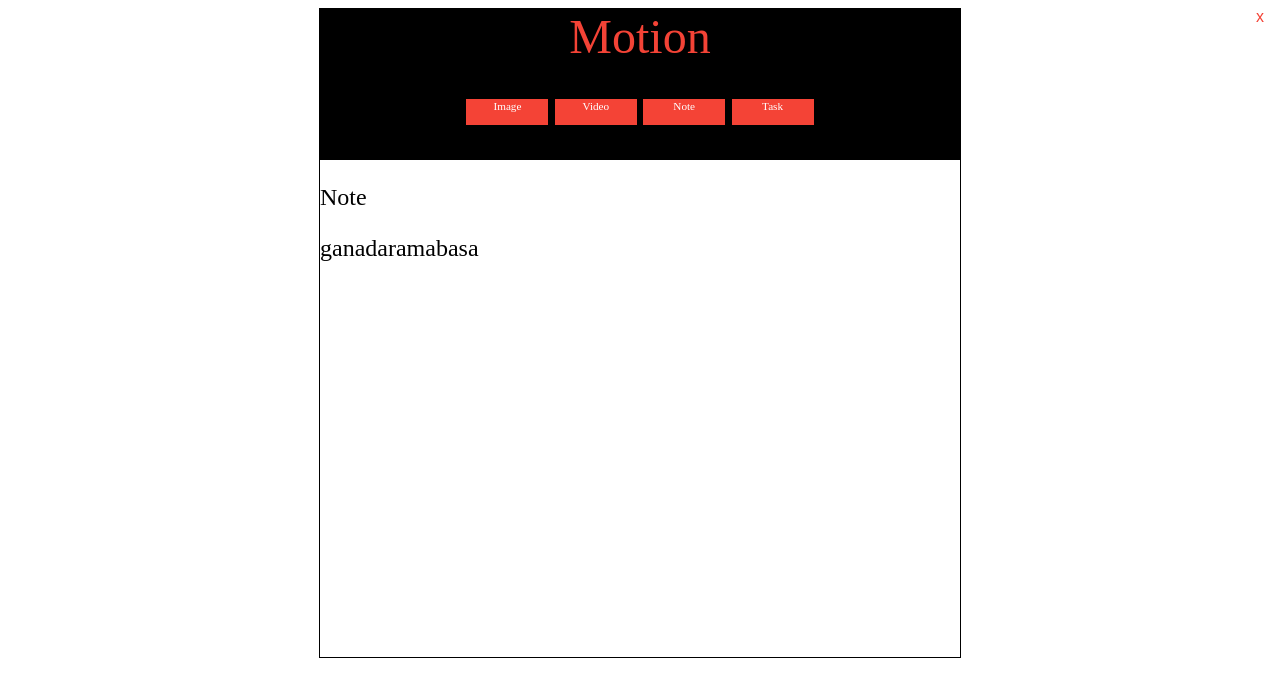
Repository: DevMinwoo-Jung/typescript
Page: motion/index.html
These files come from the project's save history. The page is drawn as it stood at one moment and after the next save; the edit follows.
The browser window is 1280 px wide. The pictures show the whole page.

Above is the page before, as saved 2021-10-12 14:57:37.

### motion/index.html
<!DOCTYPE html>
<html lang="en">
<head>
  <meta charset="UTF-8">
  <meta http-equiv="X-UA-Compatible" content="IE=edge">
  <meta name="viewport" content="width=device-width, initial-scale=1.0">
  <title>Document</title>
  <script src="build/main.js"></script>
  <link rel="stylesheet" href="index.module.css">
</head>
<body>
  <section class="main__section">
    <div class="header__contents">
      <header class="haeder">Motion</header>
        <div class="item__category">
          <div class="category">Image</div>
          <div class="category">Video</div>
          <div class="category">Note</div>
          <div class="category">Task</div>
        </div>
    </div>
    <!-- <div class="img__div">
      <img class="img" src="img/money.png" alt="">
      <div class="text__div">
        <p class="text">Img</p>
        <button class="closeBtn__box">x</button>
      </div>
    </div> -->
    <!-- <div class="video__box">
      <iframe class="vidoe" src="https://www.youtube.com/embed/fGcmOlOI3uo" title="YouTube video player" frameborder="0" allow="accelerometer; autoplay; clipboard-write; encrypted-media; gyroscope; picture-in-picture" allowfullscreen></iframe>
      <div class="text__div">
        <p class="text">Video</p>
        <button class="closeBtn__box">x</button>
      </div>
    </div> -->
    <!-- <div class="task__box">
      <div class="text__box">
        <p>Note</p>
        <ul>ganadaramabasa</ul>
        <button class="closeBtn__box">x</button>
      </div>
    </div> -->
    <div class="note__box">
      <div class="text__box">
        <p>Note</p>
        <p>ganadaramabasa</p>
        <button class="closeBtn__box">x</button>
      </div>
    </div>
  </section>
  <!-- <section class="image__section">
    <div class="input__div">
      <div class="title">
        <button class="closeBtn">x</button>
        <span>Title</span><br/>
        <input class="input" type="text"><br/>
        <span>URL</span><br/>
        <input type="text">
        <button class="addBtn">Add</button>
      </div>
    </div>
  </section> -->
  <!-- <section class="video__section">
    <div class="input__div">
      <div class="title">
        <button class="closeBtn">x</button>
        <span>Title</span><br/>
        <input class="input" type="text"><br/>
        <span>URL</span><br/>
        <input type="text">
        <button class="addBtn">Add</button>
      </div>
    </div>
  </section> -->
  <!-- <section class="Note__section">
    <div class="note__div">
      <div class="title">
        <button class="closeBtn">x</button>
        <span>Title</span><br/>
        <input  type="text"><br/>
        <span>Body</span><br/>
        <input class="Note__input" type="text">
        <button class="addBtn">Add</button>
      </div>
    </div>
  </section> -->
  <!-- <section class="Task__section">
    <div class="input__div">
      <div class="title">
        <button class="closeBtn">x</button>
        <span>Title</span><br/>
        <input class="input" type="text"><br/>
        <span>URL</span><br/>
        <input type="text">
        <button class="addBtn">Add</button>
      </div>
    </div>
  </section> -->
</body>
</html>

### motion/index.module.css
:root {
  --color-red: #f44336;
  --color-white: white;
  --color-black: black;
  --color-yellow: rgb(253, 253, 171);
}

.main__section {
  margin: auto;
  width: 40rem;
  border: 1px solid black;
  height: 90vh;
}

.header__contents {
  background-color: var(--color-black);
}

.haeder {
  font-size: 3rem;
  text-align: center;
  color: var(--color-red);
}

.item__category {
  text-align: center;
  font-size: 1rem;
  padding-top: 2rem;
  padding-bottom: 2rem;
  display: flex;
  justify-content: center;
}

.category {
  margin: 0.2rem;
  border: 1px solid var(--color-red);
  background-color: var(--color-red);
  width: 5rem;
  height: 1.5rem;
  color: var(--color-white);
  cursor: pointer;
  font-size: 0.7rem;
}

/* show section */
.img__div {
  width: 90%;
  height: 15rem;
  border: 1px solid;
  margin: 1rem auto;
  display: flex;
}

.img {
  width: 60%;
  height: 100%;
}

.text__div {
  position: relative;
  width: 40%;
  height: 100%;
  text-align: center;
  display: flex;
  justify-content: center;
  align-items: center;
  font-size: 4rem;
  font-weight: bold;
}

.video__box {
  width: 90%;
  height: 15rem;
  border: 1px solid;
  margin: 1rem auto;
  display: flex;
}

.video {
  width: 60%;
  height: 100%;
}

.task__box {
  width: 90%;
  height: 10rem;
  border: 1px solid;
  margin: 1rem auto;
  padding-left: 1rem;
  position: relative;
}

.text__box {
  display: block;
  width: 40%;
  height: 100%;
  text-align: left;
  font-size: 1.5rem;
}

/* add section */
.input__div {
  position: absolute;
  width: 30rem;
  height: 10rem;
  z-index: 1;
  border: 1px solid black;
  margin: auto;
  left: 0;
  right: 0;
  margin-left: auto;
  margin-right: auto;
  top: 35%;
  background-color: grey;
}

.note__div {
  position: absolute;
  width: 30rem;
  height: 12rem;
  z-index: 1;
  border: 1px solid black;
  margin: auto;
  left: 0;
  right: 0;
  margin-left: auto;
  margin-right: auto;
  top: 35%;
  background-color: grey;
}

.title {
  color: var(--color-yellow);
  font-size: 0.8rem;
  margin-left: 2rem;
  margin-top: 2rem;
  position: relative;
}

input {
  font-size: 1rem;
  width: 90%;
}

.Note__input {
  font-size: 1rem;
  width: 90%;
  height: 3rem;
}

.addBtn {
  position: relative;
  margin-top: 1%;
  margin: 3% 0 0 85%;
  width: 2.5rem;
  height: 1.5rem;
  background-color: var(--color-red);
  color: var(--color-white);
  border: none;
  cursor: pointer;
}

.closeBtn {
  position: absolute;
  font-size: 1rem;
  margin-top: -1rem;
  right: 1.5rem;
  width: 2.5rem;
  height: 1.5rem;
  color: var(--color-red);
  background: none;
  border: none;
  cursor: pointer;
}

.closeBtn__box {
  position: absolute;
  font-size: 1rem;
  margin-top: -22%;
  right: 0;
  width: 2.5rem;
  height: 1.5rem;
  color: var(--color-red);
  background: none;
  border: none;
  cursor: pointer;
}

Loaded but not shown: motion/build/main.js (no copy from this time; the picture is the same without it)

After the next save:
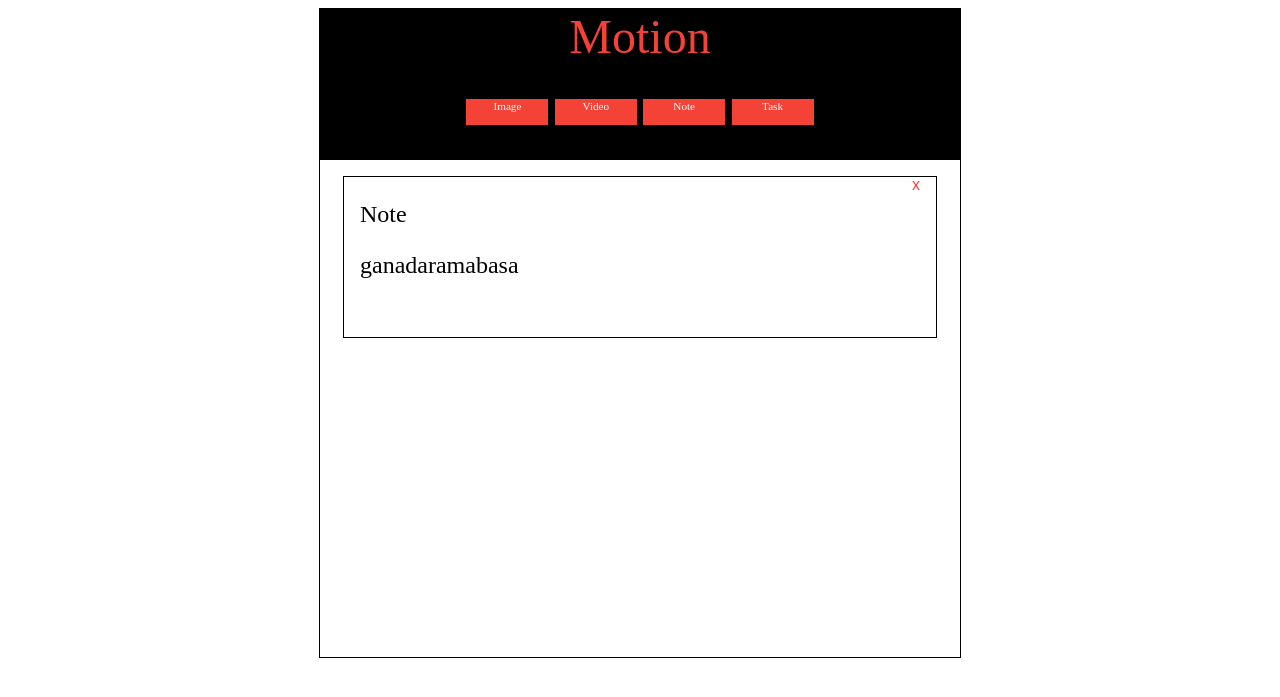
Saved 12 s later.
--- a/motion/index.module.css
+++ b/motion/index.module.css
@@ -79,6 +79,15 @@
 .video {
   width: 60%;
   height: 100%;
+}
+
+.note__box {
+  width: 90%;
+  height: 10rem;
+  border: 1px solid;
+  margin: 1rem auto;
+  padding-left: 1rem;
+  position: relative;
 }
 
 .task__box {
